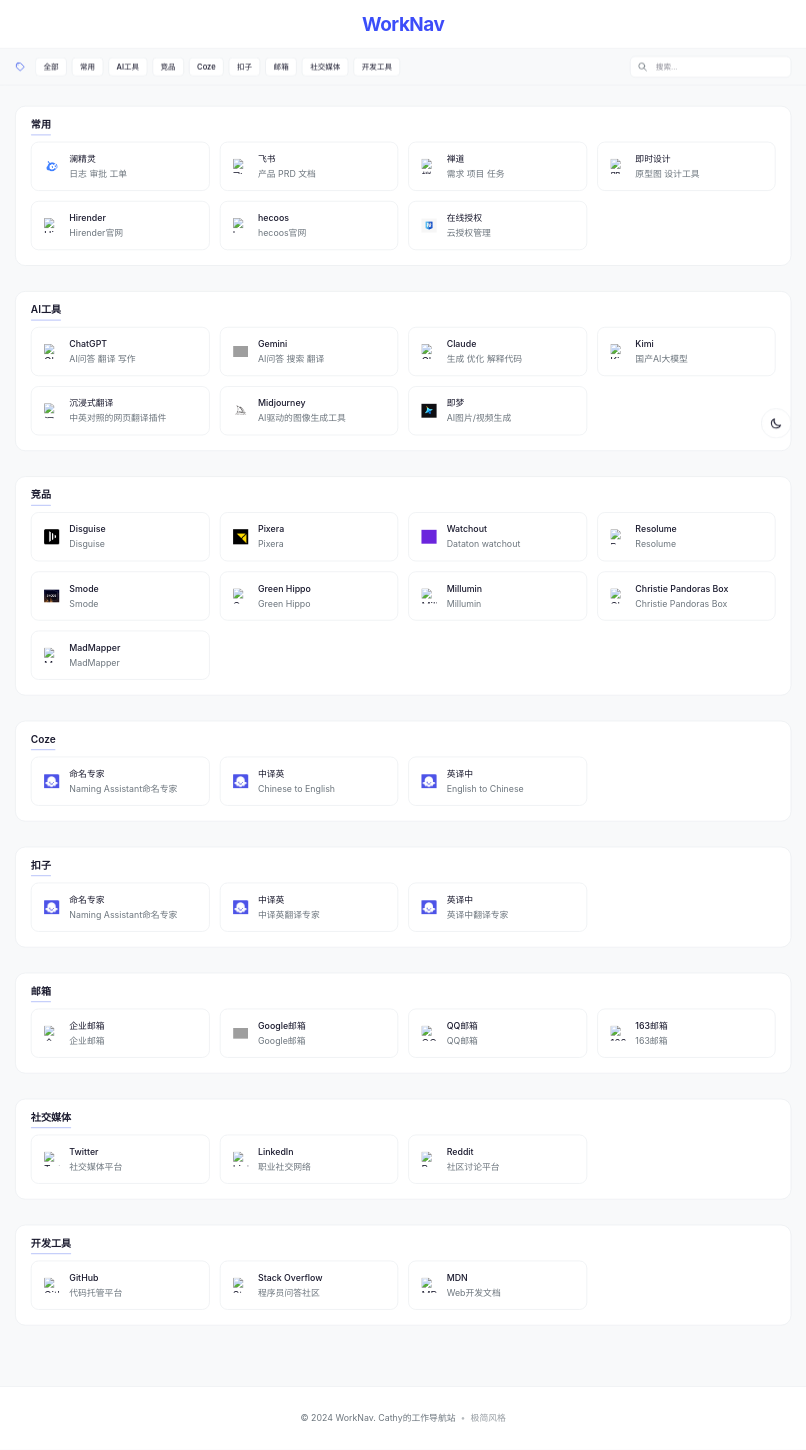
Repository: SweetPomelo0/WorkNav
Page: /
The author's editor kept a copy of each file at every save. The page is drawn from the files as they stood at one save, then again after the next save.
The browser window is 1280 px wide. The pictures show the whole page, at 63% of full size.
Pictures or frames that could not be fetched are drawn as grey boxes. The project was rebuilt for these pictures with package versions that can differ from the ones it lists, and the page was loaded fresh each time. The framework's server and built-in components were replaced by stand-ins that run in the browser. Also part of the build but not shown: next.config.ts.

Above is the page before, as saved 2025-07-26 23:36:06.

After the next save:
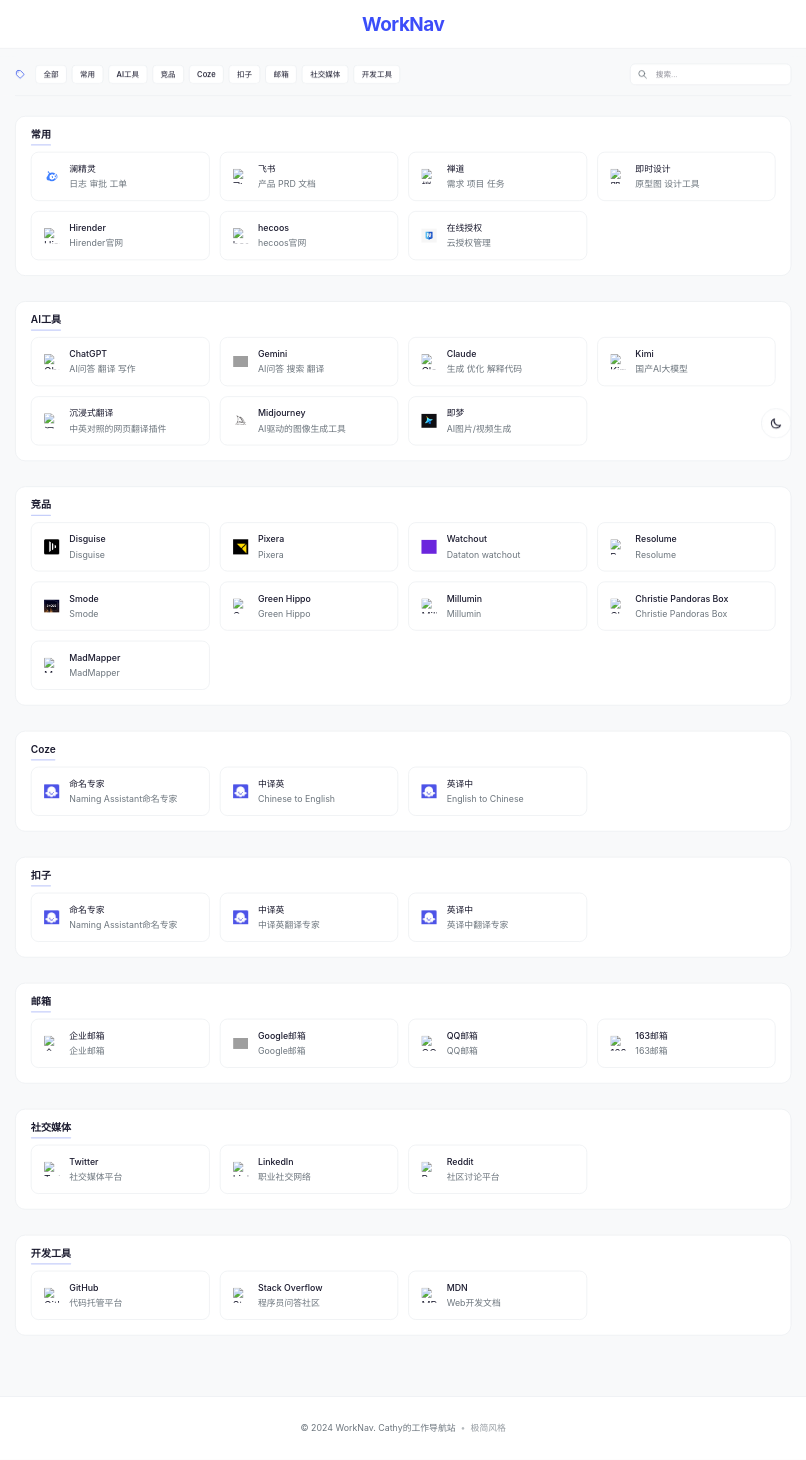
Saved 37 s later.
--- a/src/app/page.tsx
+++ b/src/app/page.tsx
@@ -147,7 +147,7 @@
       </header>
 
       {/* Category Navigation */}
-      <div className="sticky top-0 z-10 category-nav-container" style={{ background: 'rgba(var(--background-rgb), 0.9)', backdropFilter: 'blur(10px)', borderBottom: '1px solid var(--card-border)' }}>
+      <div className="sticky top-0 z-10 mt-3 category-nav-container" style={{ background: 'rgba(var(--background-rgb), 0.9)', backdropFilter: 'blur(10px)' }}>
         <div className="max-w-7xl mx-auto px-4 md:px-6 py-2 md:py-3 overflow-x-auto">
           <div className="flex items-center">
             <div className="flex-shrink-0 mr-3 md:mr-4">
@@ -367,10 +367,13 @@
             </div>
           </div>
         </div>
+        <div className="max-w-7xl mx-auto px-6">
+          <div className="border-b border-solid w-full mt-1" style={{ borderColor: 'var(--card-border)' }}></div>
+        </div>
       </div>
 
       {/* Main Content */}
-       <main className="max-w-7xl mx-auto px-6 pt-8 pb-8">
+       <main className="max-w-7xl mx-auto px-6 py-8">
          <div className="space-y-10">
            {categories
              .filter(category => selectedCategory === "全部" || category.title === selectedCategory)
